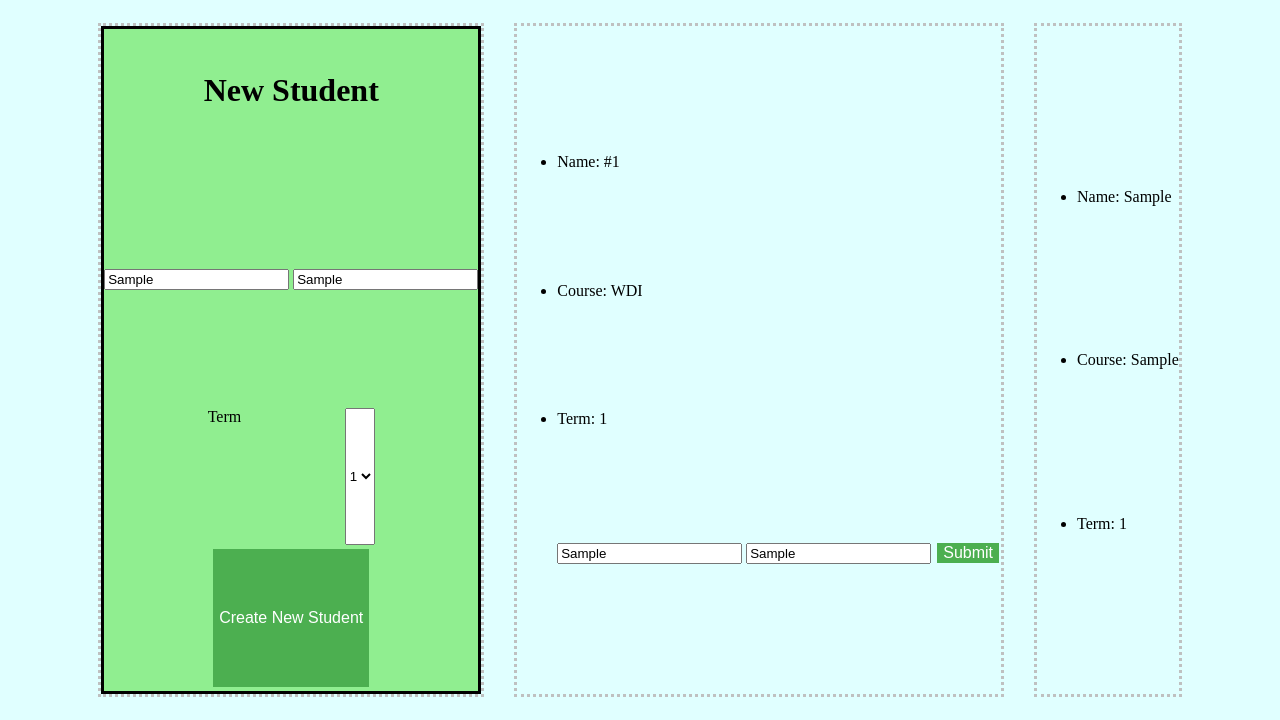
Repository: EdmontDantes/graderaide-fullstack-solution
Page: index.html
The author's editor kept a copy of each file at every save. The page is drawn from the files as they stood at one save, then again after the next save.
The browser window is 1280 px wide. The pictures show the whole page.
Empty fields were first filled with sample values (such as "Sample", 5 or name@example.com).
After loading, the first visible `button.new-student-button` was clicked once.

Above is the page before, as saved 2020-04-22 14:11:50.

### index.html
<html lang="en">
  <head>
    <title>Graderaide</title>
    <meta charset="UTF-8">
    <meta name="viewport" content="width=device-width, initial-scale=1">
    <link rel="stylesheet" type="text/css" href="style-index.css">
  </head>

  <body>
    <section class="app">
      <section class="student-display" id="create-new-student-tile">

      <section class="new-student-input">
        <h1 id="text-h1-creation-section">New Student</h1>

        <div id="new-student-input-boxes">
          <input type="text" class="new-student-name" name="new-student-name" placeholder="Student Name">
          <input type="text" class="new-student-course" name="new-student-course" placeholder="Course">
        </div>

        <div id="new-student-input-options"
          <label for="new-student-term">Term</label>
          <select class="new-student-term" name="new-student-term">
            <option value="1">1</option>
            <option value="2">2</option>
            <option value="3">3</option>
          </select>
        </div>
        <section class="new-student-submit">
          <button type="submit" class="new-student-button">Create New Student</button>
        </section>
      </section>
    </section>

      <section class="student-display " id="student-1">
        <ul class="student-info">
          <li>Name: #1</li>
          <li>Course: WDI</li>
          <li>Term: 1</li>
          <!-- <li>
            <select class="course-selection">
              <option value="wdi">WDI</option>
            </select>
            <p>No grades yet.</p>
          </li> -->
            <!-- <section>
              <input type="text" name="new-course" class="new-course" placeholder="New Course">
              <button type="submit" class="submit-new-course">Submit</button>
            </section>
            <section>
              <input type="text" name="new-term" class="new-term" placeholder="New Term For Course">
              <button type="submit" class="submit-new-term">Submit</button>
            </section> -->
            <section class="add-grades-inputs-and-submit">
              <input type="text" name="new-grade" class="new-grade" placeholder="New Grade">
              <input type="text" name="new-grade-assignment" class="new-grade-assignment" placeholder="Assignment Name">
              <button type="submit" class="submit-new-grade-assignment">Submit</button>
            </section>

        </ul>
      </section>
      </section>
    </section>
  </body>
  <script src="main.js"></script>
</html>

### style-index.css
body {
    background-color: lightcyan;
    display: flex;
    flex-wrap: wrap;
    justify-content: center;
}

.app {
    display: flex;
    flex-direction: row;
    flex-wrap: wrap;
    justify-content: space-around;
}

#text-h1-creation-section {
    display: flex;
    flex-wrap: wrap;
    justify-content: center;
    font-size: 2em;
}

#new-student-input-options {
    display: flex;
    flex-wrap: wrap;
    flex-direction: row;
    justify-content: space-evenly;
}

.new-student-submit {
    display: flex;
    flex-wrap: wrap;
    justify-content: center;
}

.new-student-input {
    display: grid;

    background-color: lightgreen;
    border: 3px solid black;

}
button {
    background-color: #4CAF50;
    border: none;
    color: white;
    text-align: center;
    text-decoration: none;
    display: inline-block;
    font-size: 16px;
    margin: 4px 2px;
    cursor: pointer;
}

.student-display {
    display: flex;
    justify-content: space-around;
    border: 3px dotted #BFC0C0;
    margin: 15px;
}

.student-info {
    display: flex;
    flex-direction: column;
    justify-content: space-evenly;
}

a {
    background-color: white;
    color: black;
    border: 5px solid #4CAF50;
    padding: 10px 20px;
    text-align: center;
    text-decoration: none;
    display: inline-block;
    font-size: 16px;
    margin-left: 20px;
}

### main.js
/******************
 * YOUR CODE HERE *
 ******************/

const Grade = (assignment, score) => {
    return {
        assignment,
        score,
    }
}

const Term = () => {
    return {
    grades: [],

    addGrade: function(assignment, score) {
        const grade = Grade(assignment, score);
        this.grades.push(grade);
    },
    }
}

const Course = (name) => {
    return {
    name,
    terms: [Term()],

    addTerm: function() {
        const term = Term();
        this.terms.push(term);
    }
    }
}

const Student = (name, course, term = 1) => {
    return {
    name,
    course,
    term,
    courses: [Course(course)],

    addCourse: function(course) {
        this.courses.push(Course(course));
        this.course = course;
    },

    getAverage: function(courseToFind = this.course, termIndex = this.term - 1) {
        let foundCourse;
        for (const course of this.courses) {
        if (course.name === courseToFind) {
            foundCourse = course;
        }
        }

        const grades = foundCourse.terms[termIndex].grades;
        if (grades.length === 0) {
        return 'No grades yet.'
        }

        let sum = 0;
        for (const grade of grades) {
        sum += grade.score;
        }

        return sum / grades.length;
    },
    }
}

// const createNewStudentTileQuery = document.querySelector('#create-new-student-tile');
const newStudentNameQuery = document.querySelector('.new-student-name');
const newStudentCourseNameQuery = document.querySelector('.new-student-course');
const newStudentTermNumOptionQuery = document.querySelector('.new-student-term');
const btnNewStudentSubmitQuery = document.querySelector('.new-student-button');

const newStudentTile = function() {

    name = newStudentNameQuery.value;
    course = newStudentCourseNameQuery.value;
    termNum = newStudentTermNumOptionQuery.value;

    let newStudent = Student(name, course, termNum);
    console.log(newStudent);
    const studentDisplay = document.createElement('div');
    studentDisplay.className = 'student-display';
    let numId = document.querySelectorAll('.student-display')

    studentDisplay.id = `student-${numId.length}`;
    const studentInfo = document.createElement('ul');
    const nameItem = document.createElement('li');
    const courseItem = document.createElement('li');
    const termItem  = document.createElement('li');
    const addGradesSection = document.createElement('section');

    addGradesSection.addClass

    nameItem.innerText = `Name: ${newStudent.name}`;
    courseItem.innerText = `Course: ${newStudent.course}`;
    termItem.innerText = `Term: ${newStudent.term}`;


    studentInfo.classList.add('student-info');
    studentInfo.appendChild(nameItem);
    studentInfo.appendChild(courseItem);
    studentInfo.appendChild(termItem);
    // someParentElement.appendChild(studentInfo);
    studentDisplay.append(studentInfo);
    document.querySelector('.app').append(studentDisplay)

}

btnNewStudentSubmitQuery.addEventListener('click', newStudentTile);

After the next save:
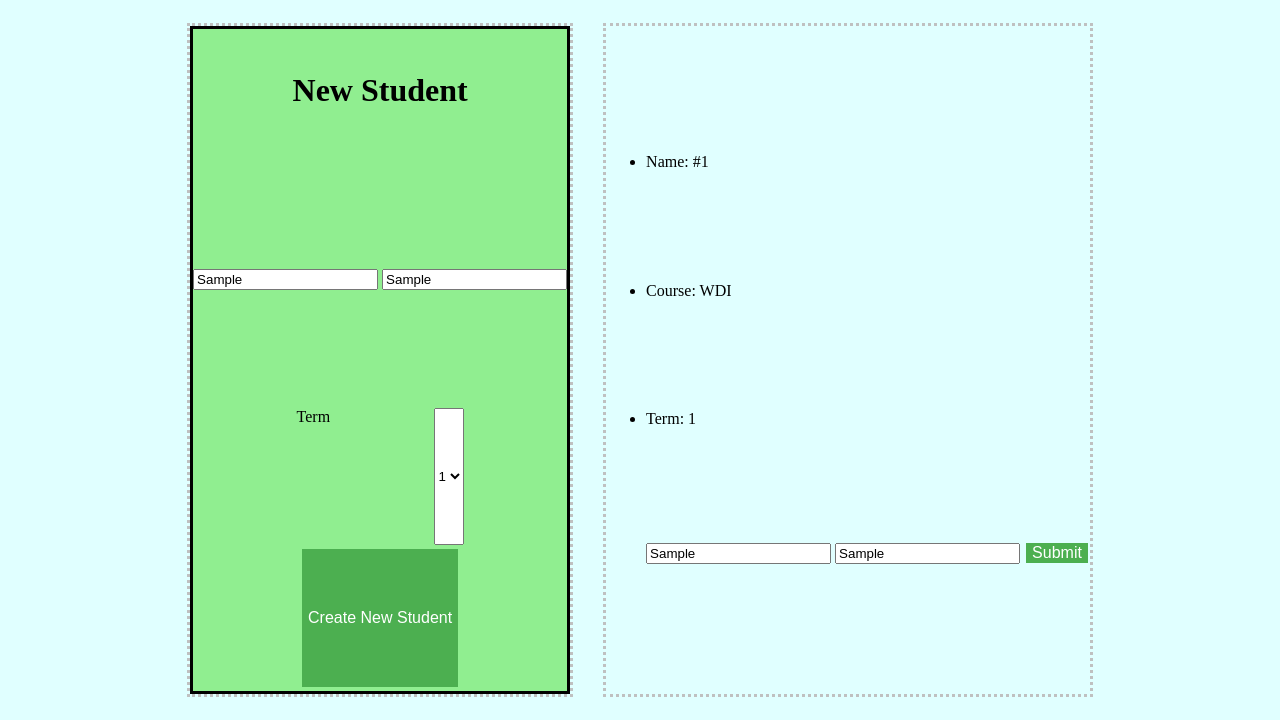
Console error: TypeError: Cannot set properties of undefined (setting 'innerText')
Saved 6 s later.
--- a/main.js
+++ b/main.js
@@ -92,7 +92,7 @@
     const termItem  = document.createElement('li');
     const addGradesSection = document.createElement('section');
 
-    addGradesSection.addClass
+    addGradesSection.
 
     nameItem.innerText = `Name: ${newStudent.name}`;
     courseItem.innerText = `Course: ${newStudent.course}`;

After the 4 saves that followed:
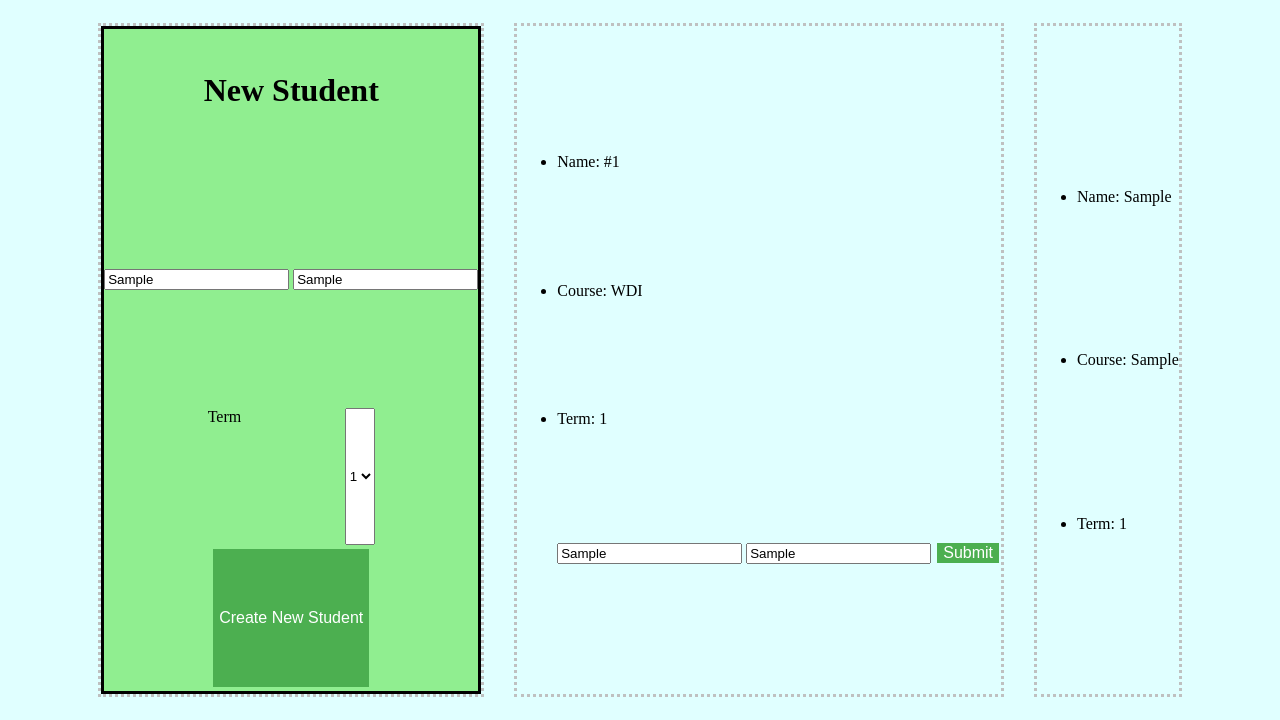
The error is gone.
The 4 saves are shown as one change because they came seconds apart.
The last was saved 18 s later.
--- a/main.js
+++ b/main.js
@@ -92,7 +92,7 @@
     const termItem  = document.createElement('li');
     const addGradesSection = document.createElement('section');
 
-    addGradesSection.
+    addGradesSection.className = ``
 
     nameItem.innerText = `Name: ${newStudent.name}`;
     courseItem.innerText = `Course: ${newStudent.course}`;
